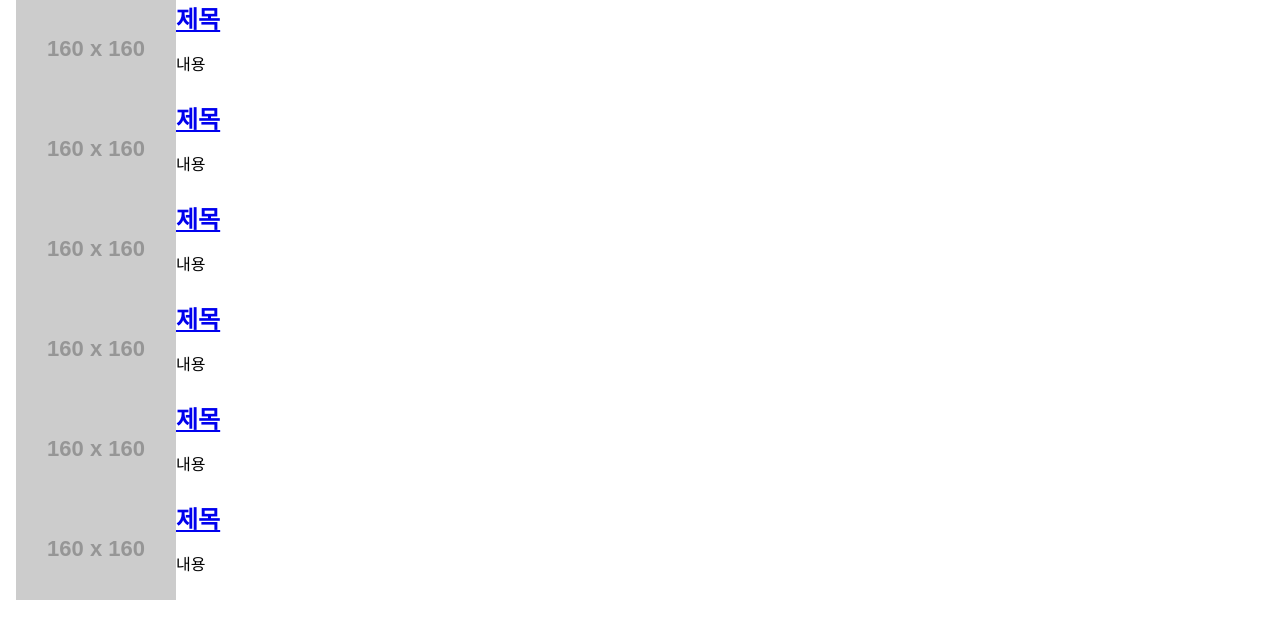
Repository: parkhyeonki/news-viewer
Page: /
The author's editor kept a copy of each file at every save. The page is drawn from the files as they stood at one save, then again after the next save.
The browser window is 1280 px wide. The pictures show the whole page.
The project was rebuilt for these pictures with package versions that can differ from the ones it lists, and the page was loaded fresh each time. Also part of the build but not shown: src/App.css.

Above is the page before, as saved 2022-05-19 10:48:06.

### src/App.js
import './App.css';
import NewsList from './components/NewsList/NewsList';

function App() {
  return <NewsList />;
}

export default App;

### src/components/NewsList/NewsList.js
import React from 'react';
import styled from 'styled-components';
import NewsItem from '../NewsItem/NewsItem';
const NewsList = () => {
  const NewsListBlock = styled.div`
    box-sizing: border-box;
    padding-bottom: 3rem;
  `;

  const sampleArticle = {
    title: '제목',
    description: '내용',
    url: 'https://google.com',
    urlToImage: 'https://via.placeholder.com/160',
  };
  return (
    <NewsListBlock>
      <NewsItem article={sampleArticle} />
      <NewsItem article={sampleArticle} />
      <NewsItem article={sampleArticle} />
      <NewsItem article={sampleArticle} />
      <NewsItem article={sampleArticle} />
      <NewsItem article={sampleArticle} />
    </NewsListBlock>
  );
};

export default NewsList;

### src/components/NewsItem/NewsItem.js
import React from 'react';
import styled from 'styled-components';

const NewsItemBlock = styled.div`
  display: flex;

  .thumbnail {
    margin-left: 1rem;
    img {
      display: block;
      width: 160px;
      height: 100px;
      object-fit: cover;
    }
  }

  .contents {
    h2 {
      margin: 0;
    }
  }
`;
const NewsItem = ({ article }) => {
  const { title, description, url, urlToImage } = article;

  return (
    <NewsItemBlock>
      {urlToImage && (
        <div className="thumbnail">
          <a href={url} target="_blank" rel="noopener noreferrer">
            <img src={urlToImage} alt="thumbnail" />
          </a>
        </div>
      )}
      <div className="contents">
        <h2>
          <a href={url} target="_blank" rel="noopener noreferrer">
            {title}
          </a>
        </h2>
        <p>{description}</p>
      </div>
    </NewsItemBlock>
  );
};

export default NewsItem;

Loaded but not shown: public/index.html (common file); src/index.js (common file); src/index.css (common file); src/reportWebVitals.js (common file)

After the next save:
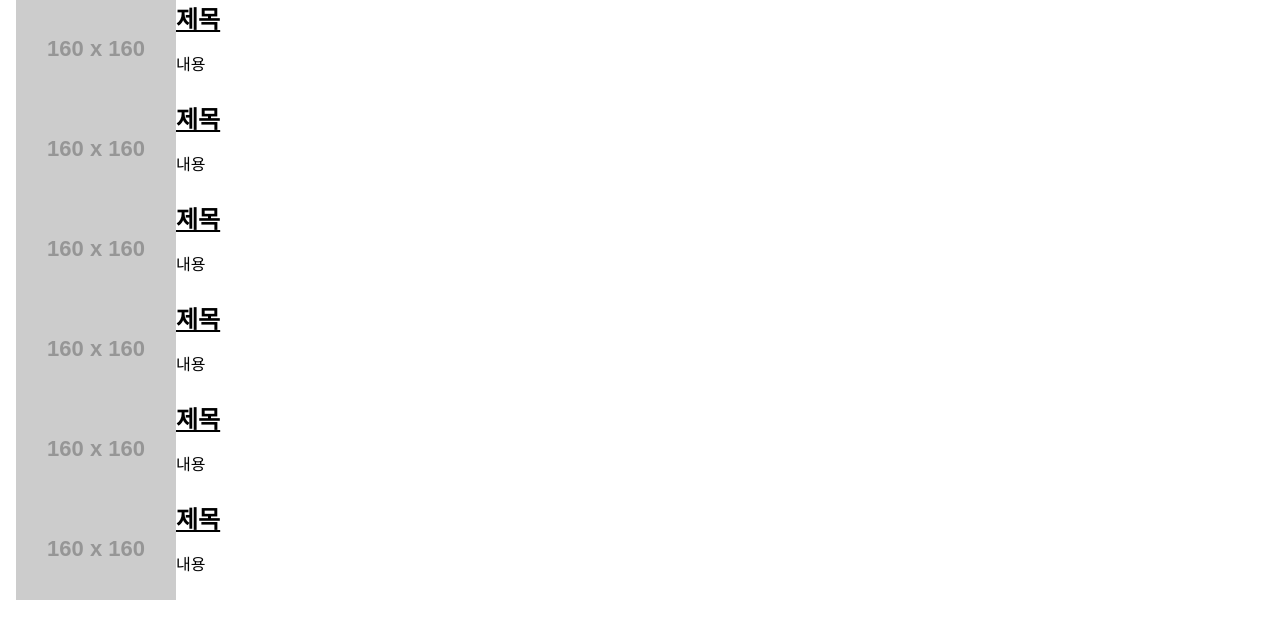
Saved 14 s later.
--- a/src/components/NewsItem/NewsItem.js
+++ b/src/components/NewsItem/NewsItem.js
@@ -17,6 +17,9 @@ const NewsItemBlock = styled.div`
   .contents {
     h2 {
       margin: 0;
+      a {
+        color: black;
+      }
     }
   }
 `;
